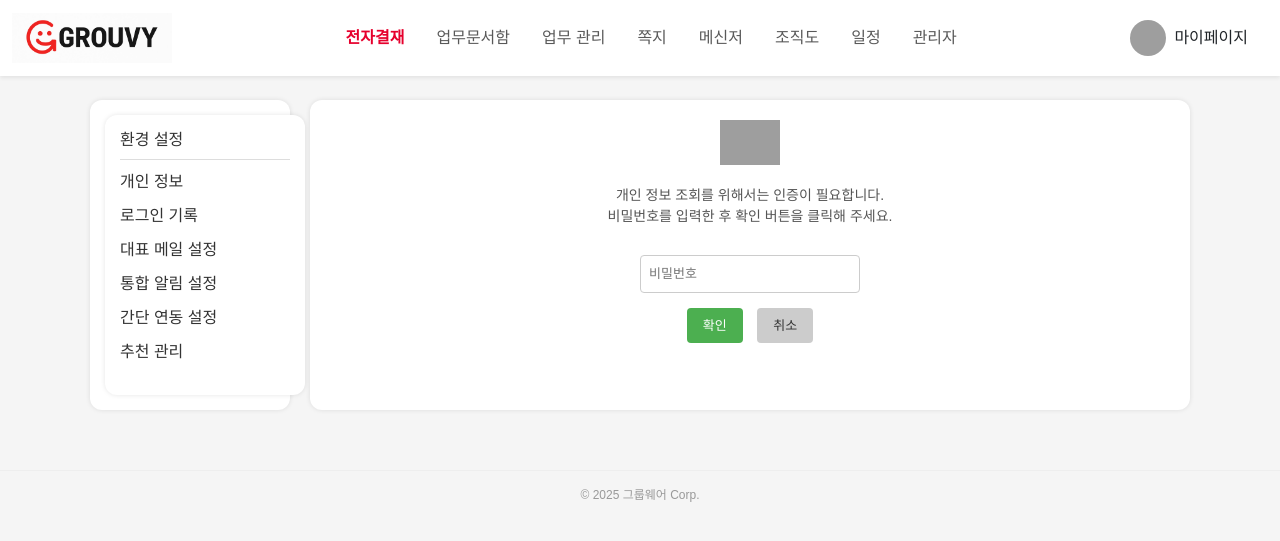
Repository: hyunbin7664/web-java-workspace
Page: groupware/src/main/webapp/mypage_attendance.html
The author's editor kept a copy of each file at every save. The page is drawn from the files as they stood at one save, then again after the next save.
The browser window is 1280 px wide. The pictures show the whole page.
Pictures or frames that could not be fetched are drawn as grey boxes.

Above is the page before, as saved 2025-07-08 07:35:13.

### groupware/src/main/webapp/mypage_attendance.html
<!DOCTYPE html>
<html lang="ko">
<head>
<meta charset="UTF-8">
<title>마이페이지</title>
<link
	href="https://cdn.jsdelivr.net/npm/bootstrap@5.3.2/dist/css/bootstrap.min.css"
	rel="stylesheet">
<style>
body {
	margin: 0;
	font-family: Arial, sans-serif;
	background-color: #f5f5f5;
	color: #333;
	padding-top: 80px;
}

.navbar-brand {
	color: #e6002d !important;
	font-size: 1.5rem;
}

.nav-item {
	padding-right: 1rem;
}

.navbar-nav .nav-link.active {
	font-weight: bold;
	color: #e6002d !important;
}

.logo-img {
	width: 160px;
	height: 50px;
	object-fit: cover;
	object-position: center;
}

.navbar .container-fluid {
	padding-right: 2rem;
}

.container {
	display: flex;
	padding: 20px;
}

.sidebar {
	width: 200px;
	background-color: white;
	border-radius: 12px;
	padding: 15px;
	margin-right: 20px;
	box-shadow: 0 0 5px rgba(0, 0, 0, 0.1);
}

.sidebar h3 {
	margin-top: 0;
	font-size: 16px;
	border-bottom: 1px solid #ddd;
	padding-bottom: 10px;
}

.sidebar ul {
	list-style: none;
	padding: 0;
}

.sidebar ul li {
	margin: 10px 0;
}

.sidebar ul li a {
	color: #333;
	text-decoration: none;
}

.sidebar ul li a.active, .sidebar ul li a:hover {
	color: #1abc9c;
	font-weight: bold;
}

.main-content {
	flex: 1;
	background-color: white;
	padding: 50px 20px;
	text-align: center;
	border-radius: 12px;
	padding: 20px;
	box-shadow: 0 0 5px rgba(0, 0, 0, 0.1);
	/* margin: 0 auto; */
}

.main-content img {
	width: 60px;
	margin-bottom: 20px;
}

.main-content p {
	font-size: 14px;
	color: #555;
}

.main-content input[type="password"] {
	padding: 8px;
	width: 220px;
	margin-top: 12px;
	border: 1px solid #ccc;
	border-radius: 4px;
	font-size: 13px;
}

.main-content div {
	margin-top: 15px;
}

.main-content button {
	padding: 8px 16px;
	margin: 0 5px;
	border: none;
	border-radius: 4px;
	cursor: pointer;
	font-size: 13px;
}

.confirm-btn {
	background-color: #4CAF50;
	color: #fff;
}

.cancel-btn {
	background-color: #ccc;
	color: #333;
}

footer {
	text-align: center;
	padding: 15px;
	font-size: 12px;
	color: #999;
	border-top: 1px solid #eee;
	margin-top: 40px;
}
</style>
</head>
<body>

	<nav class="navbar navbar-expand-lg navbar-light bg-white shadow-sm fixed-top">
		<div class="container-fluid">
			<a class="navbar-brand d-flex align-items-center" href="index.html">
				<span class="logo-crop">
					<img src="grouvy_logo.jpg" alt="GROUVY 로고" class="logo-img">
				</span>
			</a>
			<ul class="navbar-nav mb-2 mb-lg-0">
				<li class="nav-item"><a class="nav-link active" href="#">전자결재</a></li>
				<!-- 커서 active-->
				<li class="nav-item"><a class="nav-link" href="#">업무문서함</a></li>
				<li class="nav-item"><a class="nav-link" href="#">업무 관리</a></li>
				<li class="nav-item"><a class="nav-link" href="#">쪽지</a></li>
				<li class="nav-item"><a class="nav-link" href="#">메신저</a></li>
				<li class="nav-item"><a class="nav-link" href="#">조직도</a></li>
				<li class="nav-item"><a class="nav-link" href="#">일정</a></li>
				<li class="nav-item"><a class="nav-link" href="admin_dashboard.html">관리자</a></li>
			</ul>
			<div class="d-flex align-items-center">
				<a href="mypage.html" >
					<img src="https://search.pstatic.net/sunny/?src=https%3A%2F%2Fs3.orbi.kr%2Fdata%2Ffile%2Funited2%2F6cc64e06aa404ac3a176745b9c1d5bfa.jpeg&type=sc960_832"
							alt="프로필" class="rounded-circle" width="36" height="36">
				</a>
				<a href="mypage.html" class="ms-2 text-decoration-none text-dark">마이페이지</a>
			</div>
		</div>
	</nav>

	<main>
		<div class="container">
			<div class="sidebar">
				<!-- 좌측 nav -->
				<div class="sidebar">
					<h3>환경 설정</h3>
					<ul>
						<li><a href="mypage_personal.html">개인 정보</a></li>
						<li><a href="mypage_login_log.html">로그인 기록</a></li>
						<li><a href="mypage_email_setting.html">대표 메일 설정</a></li>
						<li><a href="mypage_notification.html">통합 알림 설정</a></li>
						<li><a href="mypage_integration.html">간단 연동 설정</a></li>
						<li><a href="mypage_recommend.html">추천 관리</a></li>
					</ul>
				</div>
			</div>

			<!-- 기능 페이지 -->
			<div class="main-content">
				<img src="https://cdn-icons-png.flaticon.com/512/3064/3064197.png"
					alt="lock icon">
				<p>
					개인 정보 조회를 위해서는 인증이 필요합니다.<br> 비밀번호를 입력한 후 확인 버튼을 클릭해 주세요.
				</p>
				<input type="password" placeholder="비밀번호">
				<div>
					<button class="confirm-btn">확인</button>
					<button class="cancel-btn">취소</button>
				</div>
			</div>
		</div>

	</main>

	<footer>© 2025 그룹웨어 Corp.</footer>

</body>
</html>

After the next save:
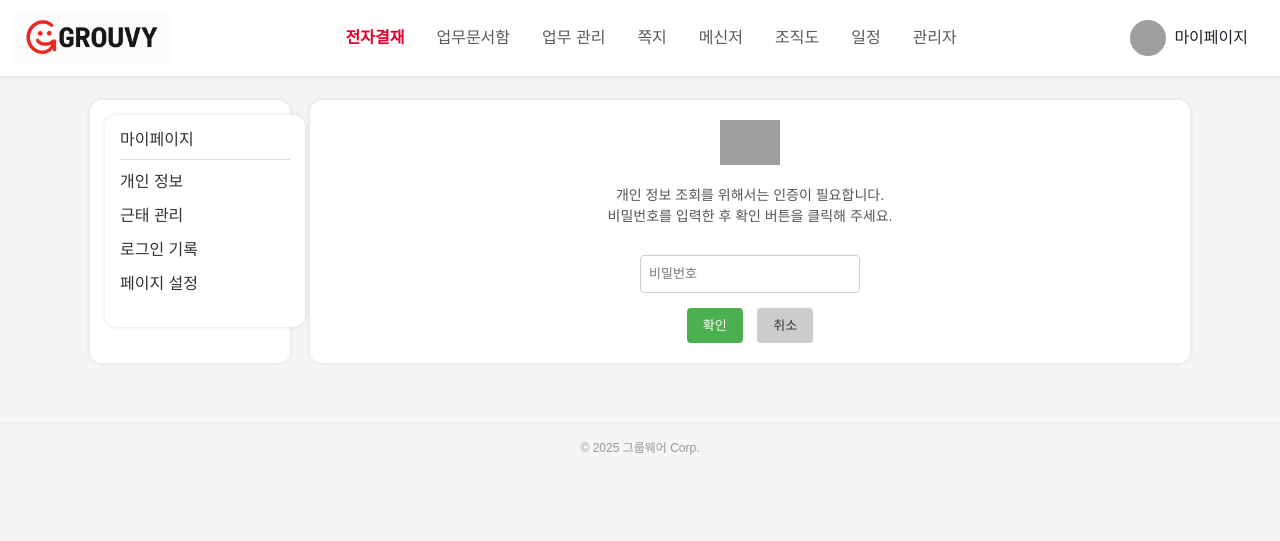
Saved 96 s later.
--- a/groupware/src/main/webapp/mypage_attendance.html
+++ b/groupware/src/main/webapp/mypage_attendance.html
@@ -178,14 +178,12 @@ footer {
 			<div class="sidebar">
 				<!-- 좌측 nav -->
 				<div class="sidebar">
-					<h3>환경 설정</h3>
+					<h3>마이페이지</h3>
 					<ul>
-						<li><a href="mypage_personal.html">개인 정보</a></li>
-						<li><a href="mypage_login_log.html">로그인 기록</a></li>
-						<li><a href="mypage_email_setting.html">대표 메일 설정</a></li>
-						<li><a href="mypage_notification.html">통합 알림 설정</a></li>
-						<li><a href="mypage_integration.html">간단 연동 설정</a></li>
-						<li><a href="mypage_recommend.html">추천 관리</a></li>
+						<li><a href="mypage_profile.html">개인 정보</a></li>
+						<li><a href="mypage_attendance.html">근태 관리</a></li>
+						<li><a href="mypage_loginlog.html">로그인 기록</a></li>
+						<li><a href="mypage_settings.html">페이지 설정</a></li>
 					</ul>
 				</div>
 			</div>
